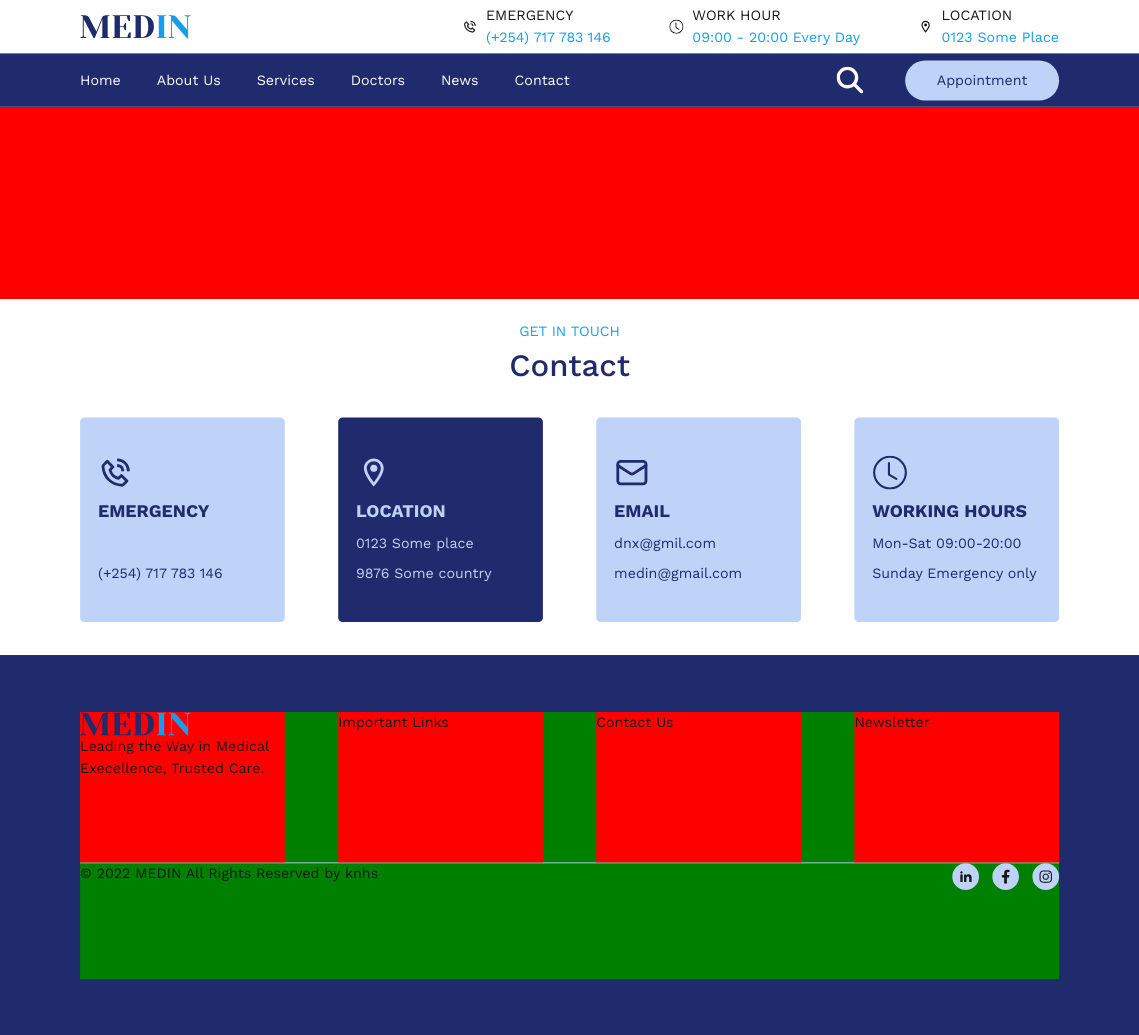
Repository: SynHK3/Poc_Hospital
Page: /appointment (app in fe_hospital/)
These files come from the project's save history. The page is drawn as it stood at one moment and after the next save; the edit follows.
The browser window is 1280 px wide. The pictures show the whole page, at 89% of full size.
The project was rebuilt for these pictures with package versions that can differ from the ones it lists, and the page was loaded fresh each time. The framework's server and built-in components were replaced by stand-ins that run in the browser. Also part of the build but not shown: fe_hospital/next.config.ts.

Above is the page before, as saved 2025-09-02 16:45:38.

### fe_hospital/src/app/layout.tsx
import type { Metadata } from "next";
import { Geist, Geist_Mono, Work_Sans } from "next/font/google";
import "./globals.css";

const geistSans = Geist({
  variable: "--font-geist-sans",
  subsets: ["latin"],
});

const geistMono = Geist_Mono({
  variable: "--font-geist-mono",
  subsets: ["latin"],
});

const workSans = Work_Sans({
  subsets: ["latin"],
  weight: ["400", "500", "600", "700"], // chọn các weight cần
});

export const metadata: Metadata = {
  title: "Create Next App",
  description: "Generated by create next app",
};

export default function RootLayout({
  children,
}: Readonly<{
  children: React.ReactNode;
}>) {
  return (
    <html lang="en">
      <body
        className={`${workSans.className} ${geistMono.variable} antialiased`}
      >
        {children}
      </body>
    </html>
  );
}

### fe_hospital/src/app/appointment/page.tsx
import Header from "@/components/header/header";
import "./appointment.css";
import Contact from "@/components/contact/contact";
import Footer from "@/components/footer/footer";

export default function Appointment() {
  return (
    <div>
      <Header></Header>
      <div className="container__content--appointment"></div>
      <Contact></Contact>
      <Footer></Footer>
    </div>
  );
}

### fe_hospital/src/components/header/header.tsx
import Logo from "../../images/Logo.svg";
import Image from "next/image";
import { BiPhoneCall } from "react-icons/bi";
import { FaMagnifyingGlass } from "react-icons/fa6";
import { BsClock } from "react-icons/bs";
import { MdOutlineLocationOn } from "react-icons/md";
import "./header.css";

export default function Header() {
  return (
    <div className="container__header">
      <div className="header__layout">
        <div className="header__headline">
          <Image src={Logo} width={125} height={42} alt=""></Image>

          <div className="header__headline--info">
            <div className="header__headline--info--item">
              <BiPhoneCall className="icon__info--item"></BiPhoneCall>

              <div className="header__headline--info--desc">
                <h3>EMERGENCY</h3>
                <h5>(+254) 717 783 146</h5>
              </div>
            </div>

            <div className="header__headline--info--item">
              <BsClock className="icon__info--item"></BsClock>

              <div className="header__headline--info--desc">
                <h3>WORK HOUR</h3>
                <h5>09:00 - 20:00 Every Day</h5>
              </div>
            </div>

            <div className="header__headline--info--item">
              <MdOutlineLocationOn className="icon__info--item"></MdOutlineLocationOn>

              <div className="header__headline--info--desc">
                <h3>LOCATION</h3>
                <h5>0123 Some Place</h5>
              </div>
            </div>
          </div>
        </div>

        <div className="header__nav">
          <div className="layout__header--nav">
            <ul className="header__list--nav">
              <li>Home</li>
              <li>About Us</li>
              <li>Services</li>
              <li>Doctors</li>
              <li>News</li>
              <li>Contact</li>
            </ul>

            <div className="header__nav--appoinment">
              <FaMagnifyingGlass fontSize={30}></FaMagnifyingGlass>

              <button className="header__btn--appointment">Appointment</button>
            </div>
          </div>
        </div>
      </div>
    </div>
  );
}

### fe_hospital/src/app/appointment/appointment.css
.container__content--appointment {
  width: 100%;
  height: 30vh;
  background-color: red;
}

### fe_hospital/src/components/contact/contact.tsx
import "./contact.css";

import { BiPhoneCall } from "react-icons/bi";
import { MdOutlineLocationOn } from "react-icons/md";
import { LuMail } from "react-icons/lu";
import { BsClock } from "react-icons/bs";

export default function Contact() {
  return (
    <div className="container__contact">
      <div className="container__layout--contact">
        <div className="content__contact--headline">
          <h6>GET IN TOUCH</h6>
          <h1>Contact</h1>
        </div>

        <ul className="content__list--contact">
          <li>
            <div className="contact--item">
              <BiPhoneCall className="contact__item--icon"></BiPhoneCall>
              <h1>EMERGENCY</h1>

              <h3 style={{ visibility: "hidden" }}>dnx@gmil.com</h3>
              <p>(+254) 717 783 146</p>
            </div>
          </li>
          <li>
            <div className="contact--item">
              <MdOutlineLocationOn className="contact__item--icon"></MdOutlineLocationOn>
              <h1>LOCATION</h1>

              <p>0123 Some place</p>
              <p>9876 Some country</p>
            </div>
          </li>
          <li>
            <div className="contact--item">
              <LuMail className="contact__item--icon"></LuMail>
              <h1>EMAIL</h1>

              <p>dnx@gmil.com</p>
              <p>medin@gmail.com</p>
            </div>
          </li>
          <li>
            <div className="contact--item">
              <BsClock className="contact__item--icon"></BsClock>
              <h1 className="headline--item">WORKING HOURS</h1>

              <p>Mon-Sat 09:00-20:00</p>
              <p>Sunday Emergency only</p>
            </div>
          </li>
        </ul>
      </div>
    </div>
  );
}

### fe_hospital/src/components/footer/footer.tsx
import "./footer.css";
import { RiLinkedinFill } from "react-icons/ri";
import { FaFacebookF } from "react-icons/fa";
import { FaInstagram } from "react-icons/fa";
import Image from "next/image";
import Logo from "../../images/Logo.svg";

export default function Footer() {
  return (
    <div className="container__footer">
      <div className="container__layout--footer">
        <ul className="list__footer--item">
          <li>
            <div>
              <Image src={Logo} width={125} height={42} alt=""></Image>
              <h1 className="headline__footer">Leading the Way in Medical Execellence, Trusted Care.</h1>
            </div>
          </li>
          <li>
            <div>
              <h1>Important Links</h1>
              <ul className="list--item--footer--link">
                <li></li>
                <li></li>
                <li></li>
                <li></li>
              </ul>
            </div>
          </li>

          <li>
            <div>
              <h1>Contact Us</h1>
              <ul className="list--item--footer--contact">
                <li></li>
                <li></li>
                <li></li>
                <li></li>
              </ul>
            </div>
          </li>
          <li>
            <div>
              <h1>Newsletter</h1>
            </div>
          </li>
        </ul>

        <div className="footer--line"></div>

        <div className="footer--link--social">
          <h3>© 2022 MEDIN All Rights Reserved by knhs</h3>

          <ul className="list--icon--link--social">
            <li>
              <RiLinkedinFill></RiLinkedinFill>
            </li>
            <li>
              <FaFacebookF></FaFacebookF>
            </li>
            <li>
              <FaInstagram></FaInstagram>
            </li>
          </ul>
        </div>
      </div>
    </div>
  );
}

### fe_hospital/src/components/header/header.css
.container__header {
  width: 100%;
  height: 120px;
}

.header__layout {
  display: flex;
  flex-direction: column;
  align-items: center;
  width: 100%;
}

.header__headline {
  display: flex;
  justify-content: space-between;
  width: 1100px;
  height: 60px;
}

.header__headline--info {
  width: 670px;
  display: flex;
  justify-content: space-between;
}

.header__headline--info--desc > h5 {
  color: #159eec;
}

.header__headline--info--item {
  height: 60px;
  display: flex;
  align-items: center;
}

.icon__info--item {
  font-size: 30;
  margin-right: 10px;
}

/* Header Nav */

.header__nav {
  display: flex;
  align-items: center;
  justify-content: center;
  width: 100%;
  height: 60px;
  background-color: #1f2b6c;
  color: white;
}

.layout__header--nav {
  display: flex;
  justify-content: space-between;
  align-items: center;
  width: 1100px;
  height: 60px;
}

.header__list--nav {
  width: 550px;
  display: flex;
  justify-content: space-between;
}

.header__nav--appoinment {
  width: 250px;
  height: 45px;
  display: flex;
  justify-content: space-between;
  align-items: center;
}

.header__btn--appointment {
  color: #1f2b6c;
  width: 173px;
  height: 45px;
  background-color: #bfd2f8;
  border-radius: 30px;
}

### fe_hospital/src/components/contact/contact.css
.container__contact {
  display: flex;
  width: 100%;
  height: 400px;
  justify-content: center;
}

.container__layout--contact {
  display: flex;
  flex-direction: column;
  justify-content: space-between;
  width: 1100px;
  height: 363px;
}

.content__contact--headline {
  display: flex;
  flex-direction: column;
  width: 100%;
  height: 127px;
  align-items: center;
  justify-content: center;
}

.content__list--contact {
  display: flex;
  justify-content: space-between;
  align-items: center;
}

.content__contact--headline > h1 {
  font-size: 35px;
  font-weight: 500;
  color: #1f2b6c;
}
.content__contact--headline > h6 {
  color: #159eec;
}

.content__list--contact > li {
  display: flex;
  align-items: center;
  width: 230px;
  height: 230px;
  background-color: #bfd2f8;
  border-radius: 5px;
}

.content__list--contact > li:nth-child(2) {
  background-color: #1f2b6c;
}

.content__list--contact > li:nth-child(2) > div > p,
.content__list--contact > li:nth-child(2) > div > h1,
.content__list--contact > li:nth-child(2) > div > .contact__item--icon {
  color: #bfd2f8;
}

.contact--item {
  margin-left: 20px;
  display: flex;
  flex-direction: column;
  justify-content: space-between;
  width: 126px;
  height: 145px;
}

.contact--item > h1 {
  width: 230px;
  font-size: 20px;
  font-weight: 700;
  color: #1f2b6c;
}

.contact--item > p {
  width: 230px;
  color: #1f2b6c;
}

.headline--item {
  width: 140px;
}

.contact__item--icon {
  width: 40px;
  height: 38px;
  color: #1f2b6c;
}

### fe_hospital/src/components/footer/footer.css
.container__footer {
  display: flex;
  width: 100%;
  height: 427px;
  justify-content: center;
  align-items: center;
  background-color: #1f2b6c;
}

.container__layout--footer {
  width: 1100px;
  height: 300px;
  background-color: green;
}

/* Footer Items  */
.list__footer--item {
  display: flex;
  justify-content: space-between;
  height: 169px;
}

.list__footer--item > li {
  width: 230px;
  background-color: red;
}

.headline__footer {
  width: 250px;
}

/* Footer Line */

.footer--line {
  width: 100%;
  height: 1px;
  background-color: #bfd2f8;
}

.footer--link--social {
  justify-content: space-between;
  display: flex;
}

.list--icon--link--social {
  display: flex;
  justify-content: space-between;
  width: 120px;
}

.list--icon--link--social > li {
  display: flex;
  align-items: center;
  justify-content: center;
  width: 30px;
  height: 30px;
  background-color: #bfd2f8;
  border-radius: 50%;
}

Loaded but not shown: fe_hospital/src/app/globals.css (common file)

After the next save:
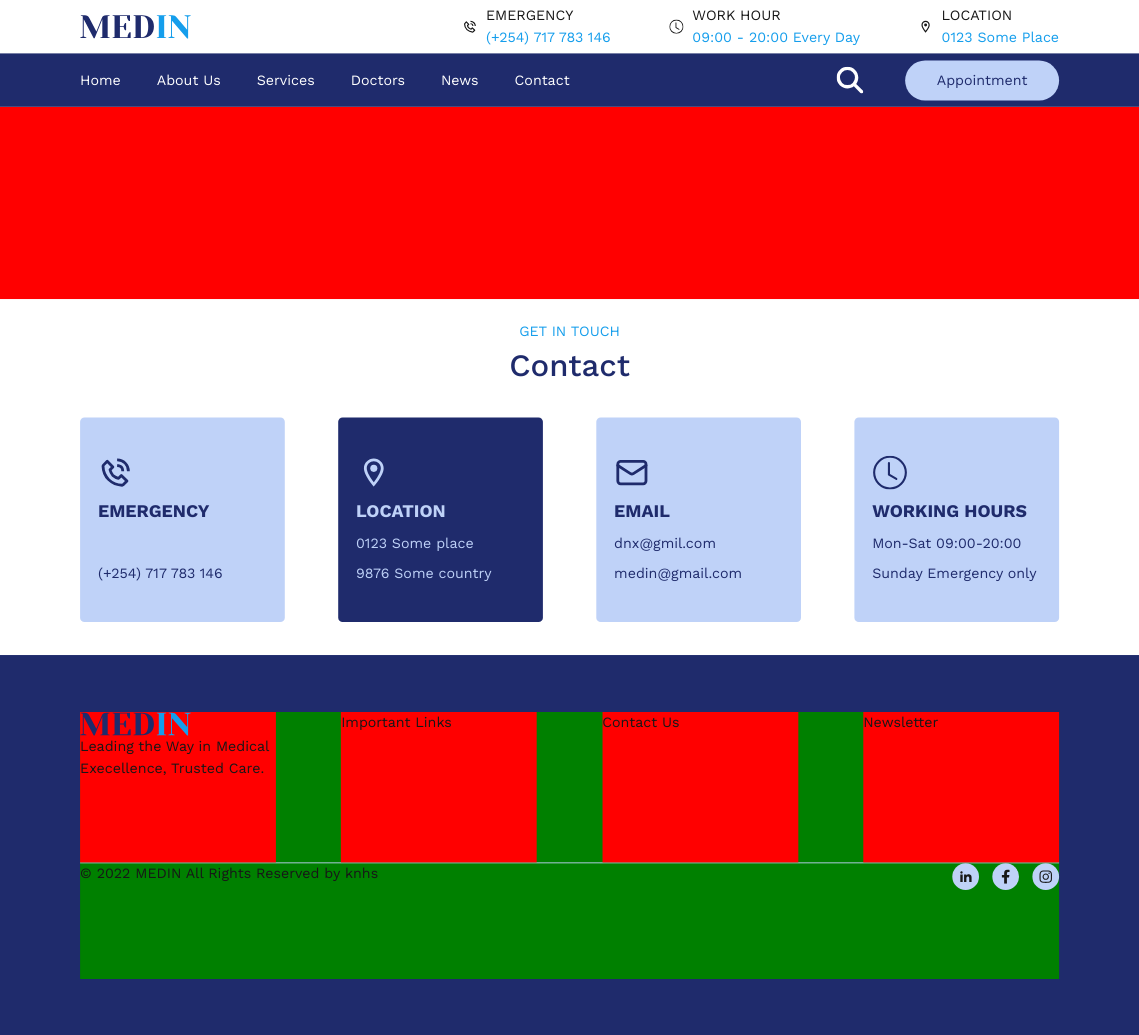
Saved 11 s later.
--- a/fe_hospital/src/components/footer/footer.css
+++ b/fe_hospital/src/components/footer/footer.css
@@ -21,7 +21,7 @@
 }
 
 .list__footer--item > li {
-  width: 230px;
+  width: 220px;
   background-color: red;
 }
 

After the save that followed:
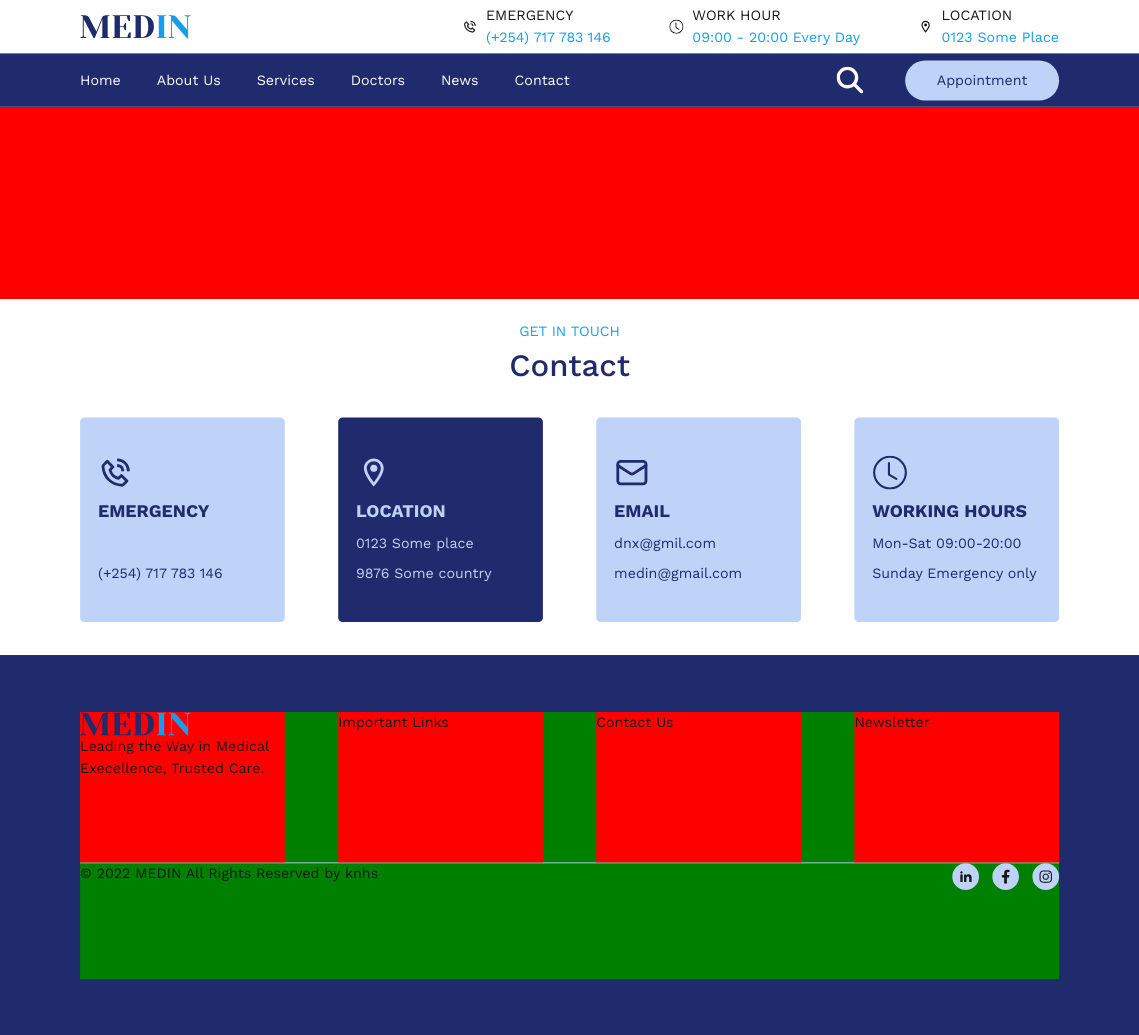
Saved 20 s later.
--- a/fe_hospital/src/components/footer/footer.css
+++ b/fe_hospital/src/components/footer/footer.css
@@ -21,7 +21,7 @@
 }
 
 .list__footer--item > li {
-  width: 220px;
+  width: 230px;
   background-color: red;
 }
 
